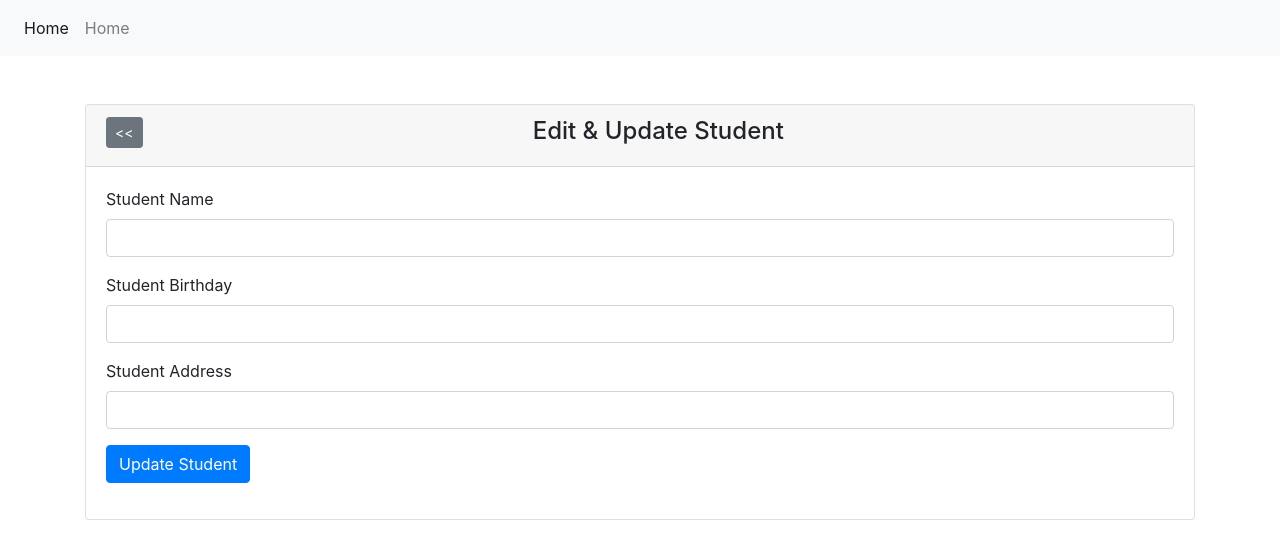
Repository: HungRau/TLU3675-php-laravel
Page: resources/views/student_edit.blade.php
An editor plug-in stored every save of this project. The page is shown before and after the next save, followed by the edit.
The browser window is 1280 px wide. The pictures show the whole page.
The page is served by the project's Laravel application, run on PHP 8.4 with Laravel 9. The template is opened directly, without the code that normally fills it, so the values that code supplies are empty.

Above is the page before, as saved 2022-10-15 18:56:05.

After the next save:
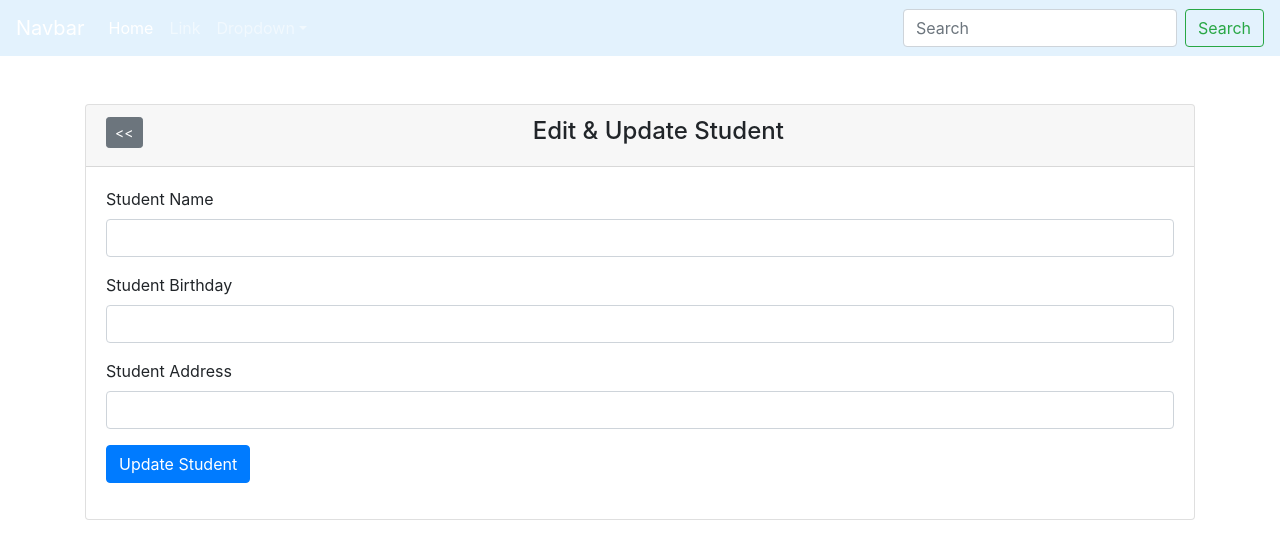
Saved 16 s later.
--- a/resources/views/student_edit.blade.php
+++ b/resources/views/student_edit.blade.php
@@ -10,10 +10,30 @@
     <link rel="stylesheet" href="https://stackpath.bootstrapcdn.com/bootstrap/4.3.1/css/bootstrap.min.css" integrity="sha384-ggOyR0iXCbMQv3Xipma34MD+dH/1fQ784/j6cY/iJTQUOhcWr7x9JvoRxT2MZw1T" crossorigin="anonymous">
   </head>
   <body>
-    <nav class="navbar navbar-expand navbar-light bg-light">
-        <div class="nav navbar-nav">
-            <a class="nav-item nav-link active" href="#">Home <span class="sr-only">(current)</span></a>
-            <a class="nav-item nav-link" href="#">Home</a>
+    <nav class="navbar navbar-expand-sm navbar-dark" style="background-color: #e3f2fd;">
+        <a class="navbar-brand" href="#">Navbar</a>
+        <button class="navbar-toggler d-lg-none" type="button" data-toggle="collapse" data-target="#collapsibleNavId" aria-controls="collapsibleNavId"
+            aria-expanded="false" aria-label="Toggle navigation"></button>
+        <div class="collapse navbar-collapse" id="collapsibleNavId">
+            <ul class="navbar-nav mr-auto mt-2 mt-lg-0">
+                <li class="nav-item active">
+                    <a class="nav-link" href="#">Home <span class="sr-only">(current)</span></a>
+                </li>
+                <li class="nav-item">
+                    <a class="nav-link" href="#">Link</a>
+                </li>
+                <li class="nav-item dropdown">
+                    <a class="nav-link dropdown-toggle" href="#" id="dropdownId" data-toggle="dropdown" aria-haspopup="true" aria-expanded="false">Dropdown</a>
+                    <div class="dropdown-menu" aria-labelledby="dropdownId">
+                        <a class="dropdown-item" href="#">Action 1</a>
+                        <a class="dropdown-item" href="#">Action 2</a>
+                    </div>
+                </li>
+            </ul>
+            <form class="form-inline my-2 my-lg-0">
+                <input class="form-control mr-sm-2" type="text" placeholder="Search">
+                <button class="btn btn-outline-success my-2 my-sm-0" type="submit">Search</button>
+            </form>
         </div>
     </nav>
     <div class="container">
